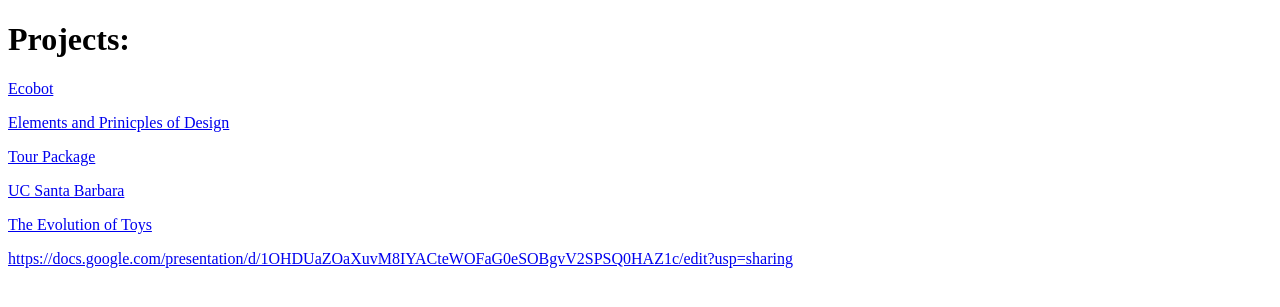
Repository: Isaakwashere/isaakwashere.github.io
Page: Engineering.html
The author's editor kept a record of every edit. The page is drawn from the files as they stood at one moment, then again after the next edit.
The browser window is 1280 px wide. The pictures show the whole page.

Above is the page before.

After the next edit:
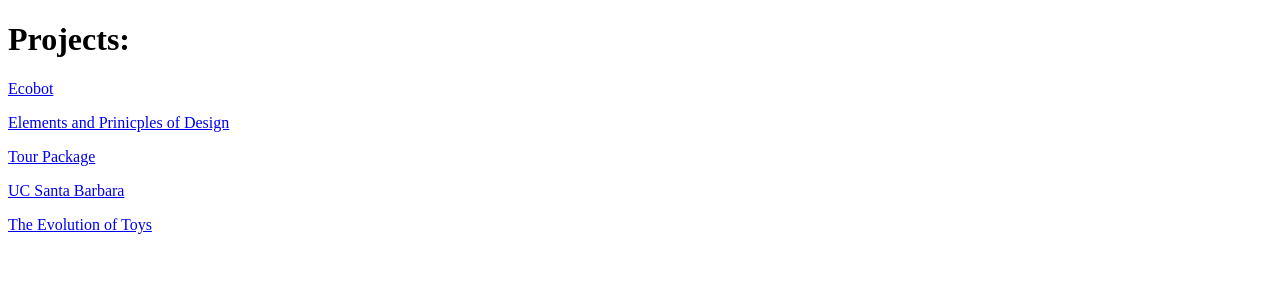
The edit:
--- a/Engineering.html
+++ b/Engineering.html
@@ -20,5 +20,3 @@
 
 </body>
 </html>
-
-https://docs.google.com/presentation/d/1OHDUaZOaXuvM8IYACteWOFaG0eSOBgvV2SPSQ0HAZ1c/edit?usp=sharing
